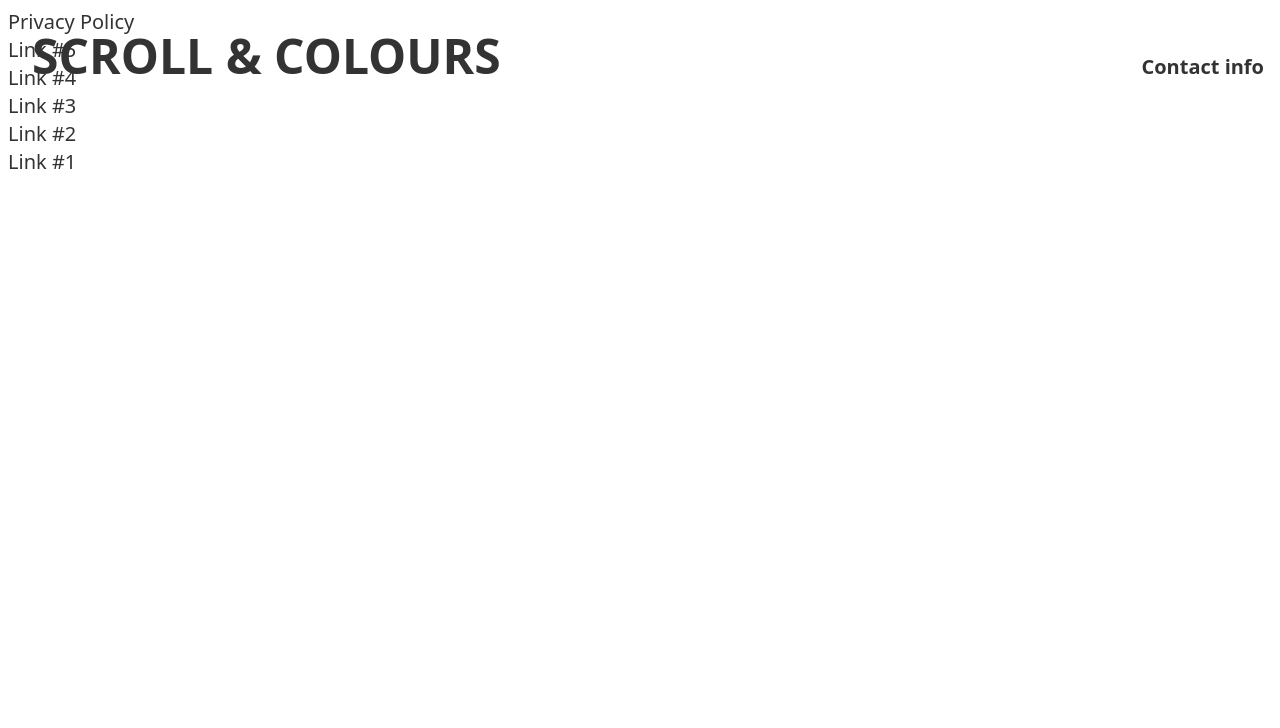
Repository: chelle-c/smooth-scroll-colours
Page: /
These files come from the project's save history. The page is drawn as it stood at one moment and after the next save; the edit follows.
The browser window is 1280 px wide. The pictures show the whole page.
The project was rebuilt for these pictures with package versions that can differ from the ones it lists, and the page was loaded fresh each time. Imported but missing from the stored project, and not drawn on this page: images.

Above is the page before, as saved 2022-09-21 22:24:58.

### src/App.svelte
<script>
	import { onMount } from 'svelte';
	import '/images/';

	let box;
	let yTop = 0;
	let yScroll = 0;
	let yHeight = 0;

	let parseScroll = () => {
		yTop = box.scrollTop;
		yHeight = box.clientHeight;
		yScroll = box.scrollHeight;
	}

	onMount(() => parseScroll());
</script>

<main
	class="min-w-full min-h-screen flex scrollsnap-container"
	bind:this={box}
>
	<div class="min-w-full min-h-screen flex flex-col">
		<div class="min-w-full p-6 flex flex-row justify-between items-baseline z-10 fixed pointer-events-none">
			<div>
				<h1 class="font-sans font-bold text-5xl pointer-events-auto uppercase">
					Scroll & Colours
				</h1>
			</div>
			<div class="font-sans font-bold text-xl pointer-events-auto">Contact info</div>
		</div>
		<div class="font-sans text-xl pointer-events-auto">Privacy Policy</div>
			<div class="font-sans text-xl pointer-events-auto">
				<ul>
					<li><a href="#section5">Link #5</a></li>
					<li><a href="#section4">Link #4</a></li>
					<li><a href="#section3">Link #3</a></li>
					<li><a href="#section2">Link #2</a></li>
					<li><a href="#section1">Link #1</a></li>
				</ul>
			</div>
	</div>
	<section class="flex min-w-full min-h-screen justify-center items-center transition-colors" id="section5">
		<div>
			<img
				class="w-96"
				src="/images/image-turquoise.jpg"
				alt="White building against turquoise sky"
			/>
		</div>
	</section>

	<section class="flex min-w-full min-h-screen justify-center items-center transition-colors" id="section4">
		<div>
			<img
				class="w-96"
				src="/images/image-orange.jpg"
				alt="White building against turquoise sky"
			/>
		</div>
	</section>

	<section class="flex min-w-full min-h-screen justify-center items-center transition-colors" id="section3">
		<div>
			<img
				class="w-96"
				src="/images/image-yellow.jpg"
				alt="White building against turquoise sky"
			/>
		</div>
	</section>

	<section class="flex min-w-full min-h-screen justify-center items-center transition-colors" id="section2">
		<div>
			<img
				class="w-96"
				src="/images/image-blue.jpg"
				alt="White building against turquoise sky"
			/>
		</div>
	</section>

	<section class="flex min-w-full min-h-screen justify-center items-center transition-colors" id="section1">
		<div>
			<img
				class="w-96"
				src="/images/image-red.jpg"
				alt="White building against turquoise sky"
			/>
		</div>
	</section>
</main>

<style global lang="postcss">
	@tailwind base;
	@tailwind components;
	@tailwind utilities;

	:global(body) {
		margin: 0;
		padding: 0;
		overflow: hidden;
	}

	.scrollsnap-container {
		max-height: 100vh;
		overflow-x: hidden;
		overflow-y: scroll;
		scroll-snap-type: mandatory; /* for older browsers */
		scroll-snap-points-y: repeat(100vh); /* for older browsers */
		scroll-snap-type: y mandatory;
		background: transparent;
		scrollbar-width: none;
	}

	section {
		display: flex;
		justify-content: center;
		align-items: center;
		width: 100vw;
		height: 100vh;
		scroll-snap-align: start;
		position: relative;
		background: inherit;
	}

	#section5 {
		background: #00c1b5;
	}

	#section4 {
		background: #ff651a;
	}

	#section3 {
		background: #ffbe00;
	}

	#section2 {
		background: #1d3fbb;
	}

	#section1 {
		background: #e30512;
	}
</style>

### tailwind.config.js
/** @type {import('tailwindcss').Config} */
const production = process.env.NODE_ENV !== 'development'
module.exports = {
	future: {
		purgeLayersByDefault: true,
		removeDeprecatedGapUtilities: true,
	},
	purge: {
		content: ['./src/**/*.svelte'],
		enabled: production, // disable purge in dev
	},
	content: [],
	theme: {
		extend: {},
	},
	plugins: [],
};

### public/global.css
html, body {
	position: relative;
	width: 100%;
	height: 100%;
}

body {
	color: #333;
	margin: 0;
	padding: 8px;
	box-sizing: border-box;
	font-family: -apple-system, BlinkMacSystemFont, "Segoe UI", Roboto, Oxygen-Sans, Ubuntu, Cantarell, "Helvetica Neue", sans-serif;
}

a {
	color: rgb(0,100,200);
	text-decoration: none;
}

a:hover {
	text-decoration: underline;
}

a:visited {
	color: rgb(0,80,160);
}

label {
	display: block;
}

input, button, select, textarea {
	font-family: inherit;
	font-size: inherit;
	-webkit-padding: 0.4em 0;
	padding: 0.4em;
	margin: 0 0 0.5em 0;
	box-sizing: border-box;
	border: 1px solid #ccc;
	border-radius: 2px;
}

input:disabled {
	color: #ccc;
}

button {
	color: #333;
	background-color: #f4f4f4;
	outline: none;
}

button:disabled {
	color: #999;
}

button:not(:disabled):active {
	background-color: #ddd;
}

button:focus {
	border-color: #666;
}

Loaded but not shown: public/index.html (common file); src/main.js (common file)

After the next save:
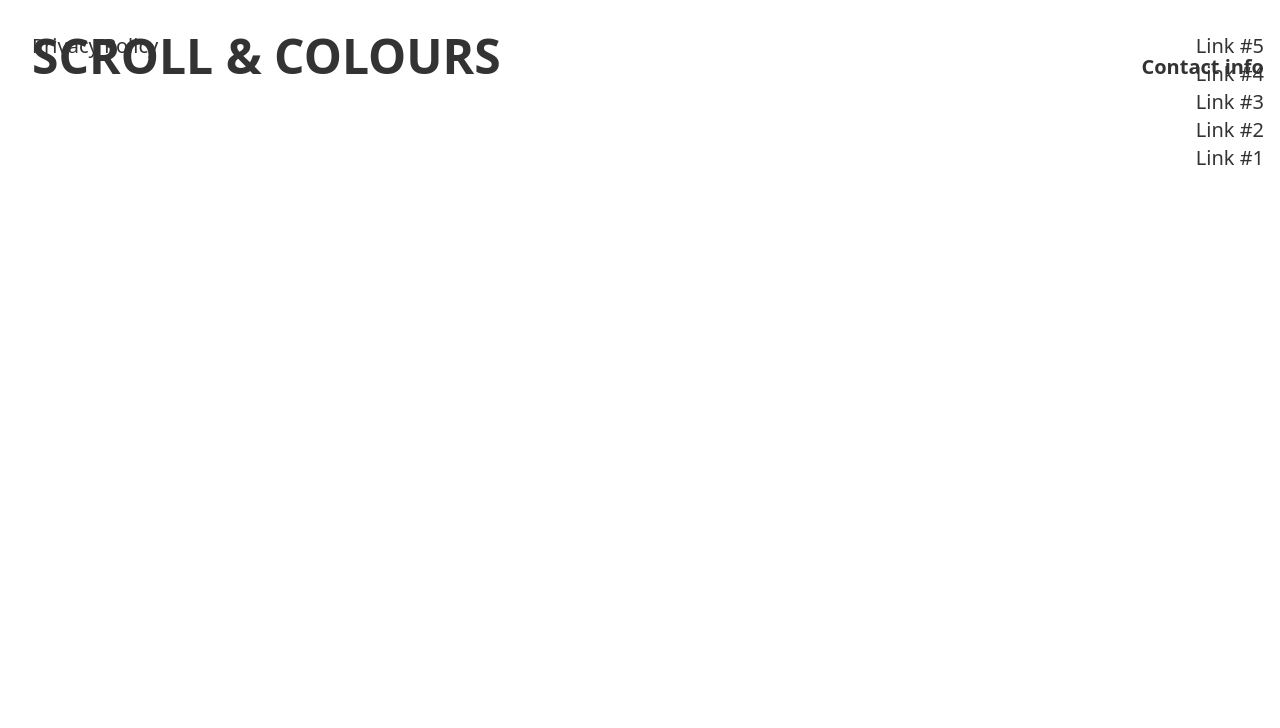
Saved 45 s later.
--- a/src/App.svelte
+++ b/src/App.svelte
@@ -11,25 +11,31 @@
 		yTop = box.scrollTop;
 		yHeight = box.clientHeight;
 		yScroll = box.scrollHeight;
-	}
+	};
 
 	onMount(() => parseScroll());
 </script>
 
-<main
-	class="min-w-full min-h-screen flex scrollsnap-container"
-	bind:this={box}
->
+<main class="min-w-full min-h-screen flex scrollsnap-container" bind:this={box}>
 	<div class="min-w-full min-h-screen flex flex-col">
-		<div class="min-w-full p-6 flex flex-row justify-between items-baseline z-10 fixed pointer-events-none">
+		<div
+			class="min-w-full p-6 flex flex-row justify-between items-baseline fixed pointer-events-none"
+		>
 			<div>
-				<h1 class="font-sans font-bold text-5xl pointer-events-auto uppercase">
+				<h1
+					class="font-sans font-bold text-5xl pointer-events-auto uppercase"
+				>
 					Scroll & Colours
 				</h1>
 			</div>
-			<div class="font-sans font-bold text-xl pointer-events-auto">Contact info</div>
+			<div class="font-sans font-bold text-xl pointer-events-auto">
+				Contact info
+			</div>
 		</div>
-		<div class="font-sans text-xl pointer-events-auto">Privacy Policy</div>
+		<div class="min-w-full p-6 flex flex-row justify-between items-baseline fixed pointer-events-none">
+			<div class="font-sans text-xl pointer-events-auto">
+				Privacy Policy
+			</div>
 			<div class="font-sans text-xl pointer-events-auto">
 				<ul>
 					<li><a href="#section5">Link #5</a></li>
@@ -39,8 +45,12 @@
 					<li><a href="#section1">Link #1</a></li>
 				</ul>
 			</div>
+		</div>
 	</div>
-	<section class="flex min-w-full min-h-screen justify-center items-center transition-colors" id="section5">
+	<section
+		class="flex min-w-full min-h-screen justify-center items-center transition-colors"
+		id="section5"
+	>
 		<div>
 			<img
 				class="w-96"
@@ -50,7 +60,10 @@
 		</div>
 	</section>
 
-	<section class="flex min-w-full min-h-screen justify-center items-center transition-colors" id="section4">
+	<section
+		class="flex min-w-full min-h-screen justify-center items-center transition-colors"
+		id="section4"
+	>
 		<div>
 			<img
 				class="w-96"
@@ -60,7 +73,10 @@
 		</div>
 	</section>
 
-	<section class="flex min-w-full min-h-screen justify-center items-center transition-colors" id="section3">
+	<section
+		class="flex min-w-full min-h-screen justify-center items-center transition-colors"
+		id="section3"
+	>
 		<div>
 			<img
 				class="w-96"
@@ -70,7 +86,10 @@
 		</div>
 	</section>
 
-	<section class="flex min-w-full min-h-screen justify-center items-center transition-colors" id="section2">
+	<section
+		class="flex min-w-full min-h-screen justify-center items-center transition-colors"
+		id="section2"
+	>
 		<div>
 			<img
 				class="w-96"
@@ -80,7 +99,10 @@
 		</div>
 	</section>
 
-	<section class="flex min-w-full min-h-screen justify-center items-center transition-colors" id="section1">
+	<section
+		class="flex min-w-full min-h-screen justify-center items-center transition-colors"
+		id="section1"
+	>
 		<div>
 			<img
 				class="w-96"
